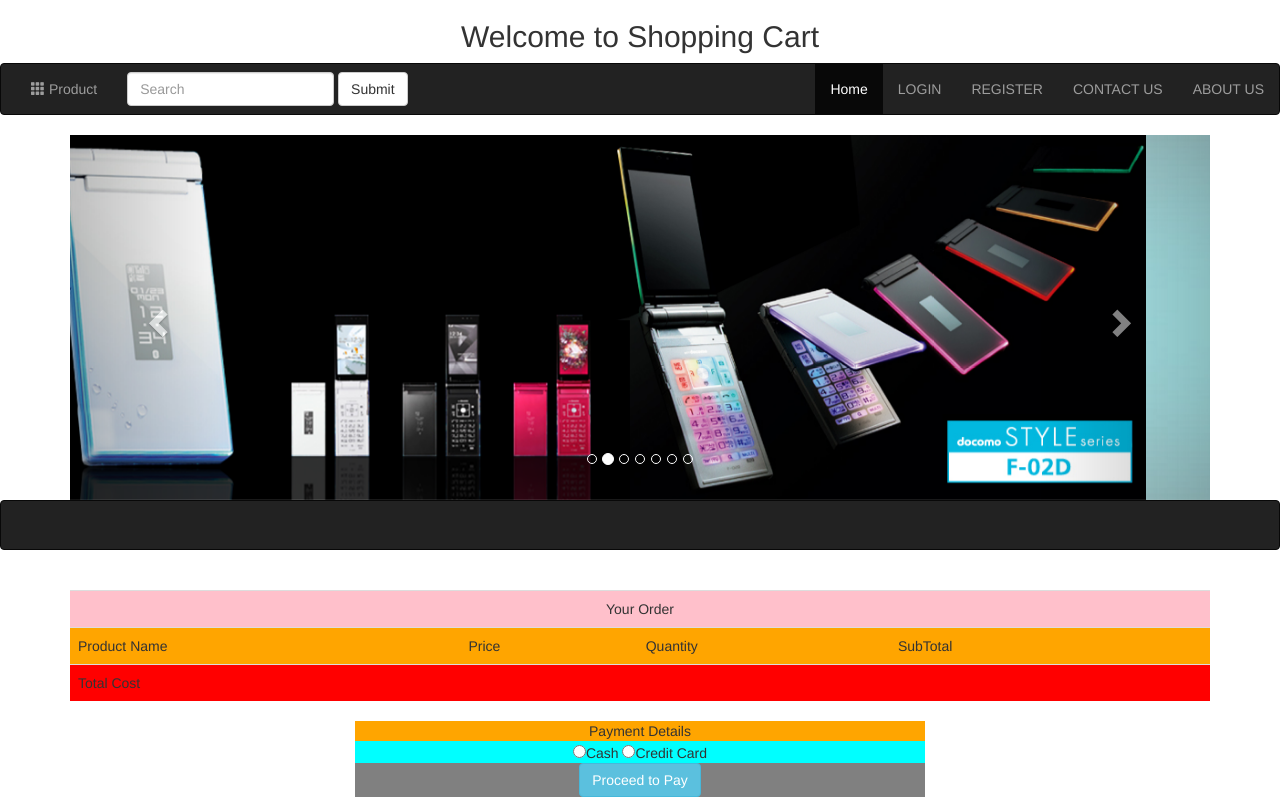
Repository: ashutosh238/S180403_404Shoppingcart
Page: http://localhost/ShoppingCartFrontEnd/WEB-INF/page/OrderConfirm.jsp
These files come from the project's save history. The page is drawn as it stood at one moment and after a run of saves; the edit follows.
The browser window is 1280 px wide. The pictures show the whole page.
The page is served by Tomcat 9. Nobody is signed in. The template is opened directly, without the code that normally fills it, so the values that code supplies are empty.

Above is the page before, as saved 2018-06-06 19:40:21.

After the next 2 saves:
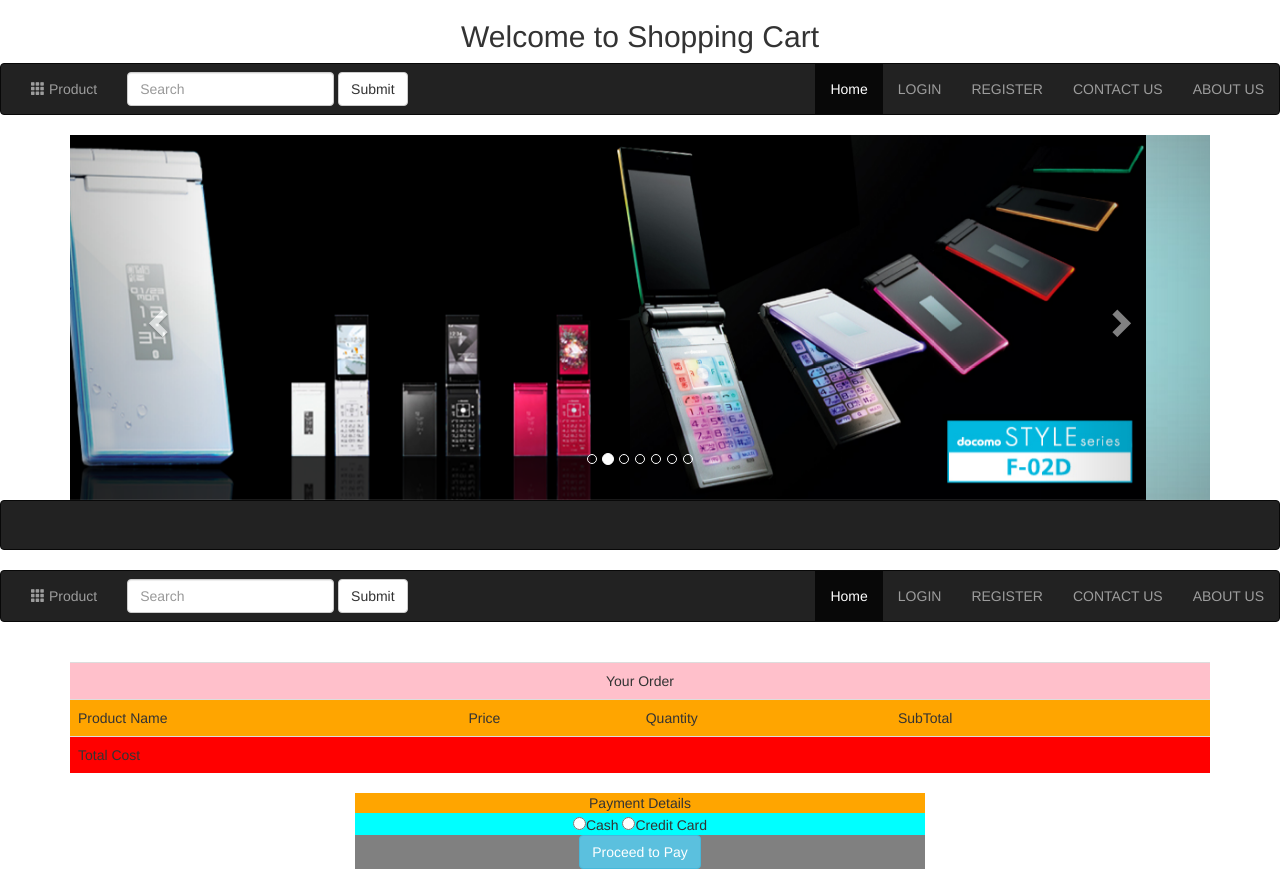
The 2 saves are shown as one change because 1 did not build or start.
The last was saved 3 min 47 s later.
--- a/ShoppingCartFrontEnd/src/main/webapp/WEB-INF/page/ProductPage.jsp
+++ b/ShoppingCartFrontEnd/src/main/webapp/WEB-INF/page/ProductPage.jsp
@@ -12,6 +12,7 @@
   <script src="https://maxcdn.bootstrapcdn.com/bootstrap/3.3.7/js/bootstrap.min.js"></script>
 </head>
 <body>
+<jsp:include page="login_header.jsp"></jsp:include>
 <c:forEach items="${listProducts}" var="product">
 		<div class = "col-sm-4 col-md-4">
 			<a href="<c:url value="productDesc/${product.id}"/>">
